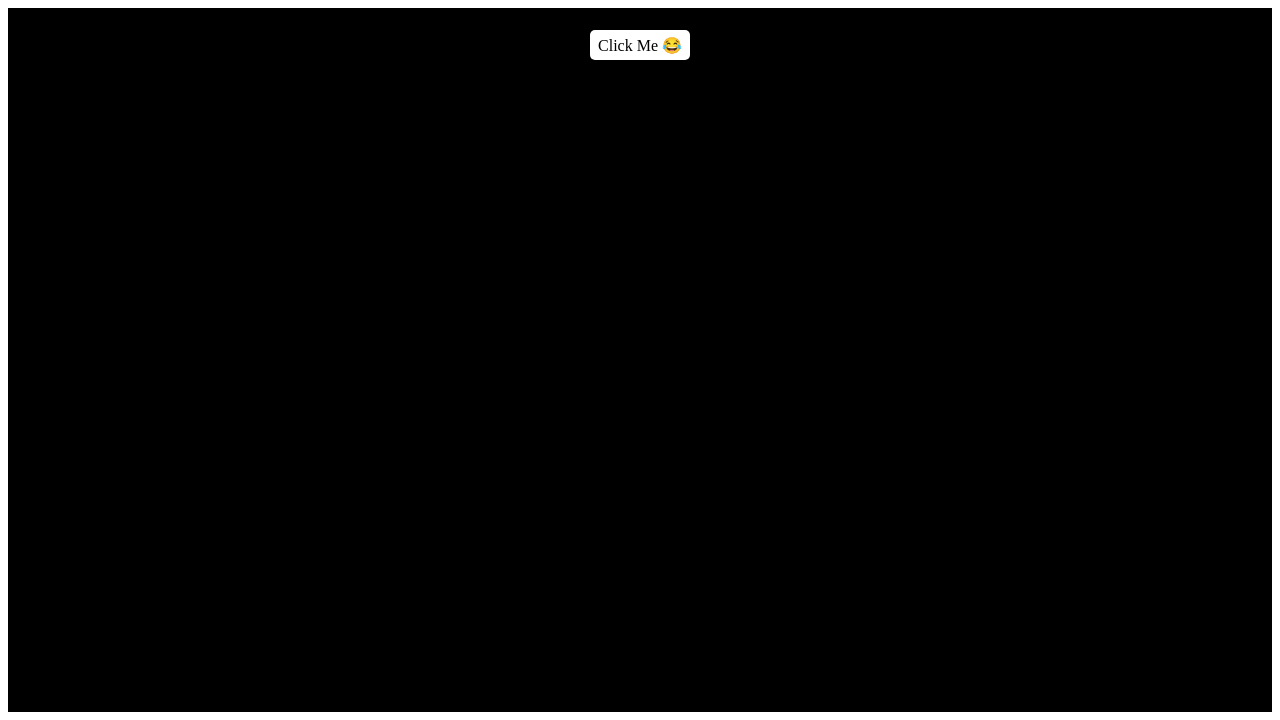
Repository: Sarah7223/internet-programming-tp
Page: TP2/TP02.2.html
These files come from the project's save history. The page is drawn as it stood at one moment and after the next save; the edit follows.
The browser window is 1280 px wide. The pictures show the whole page.

Above is the page before, as saved 2023-01-14 11:07:55.

After the next save:
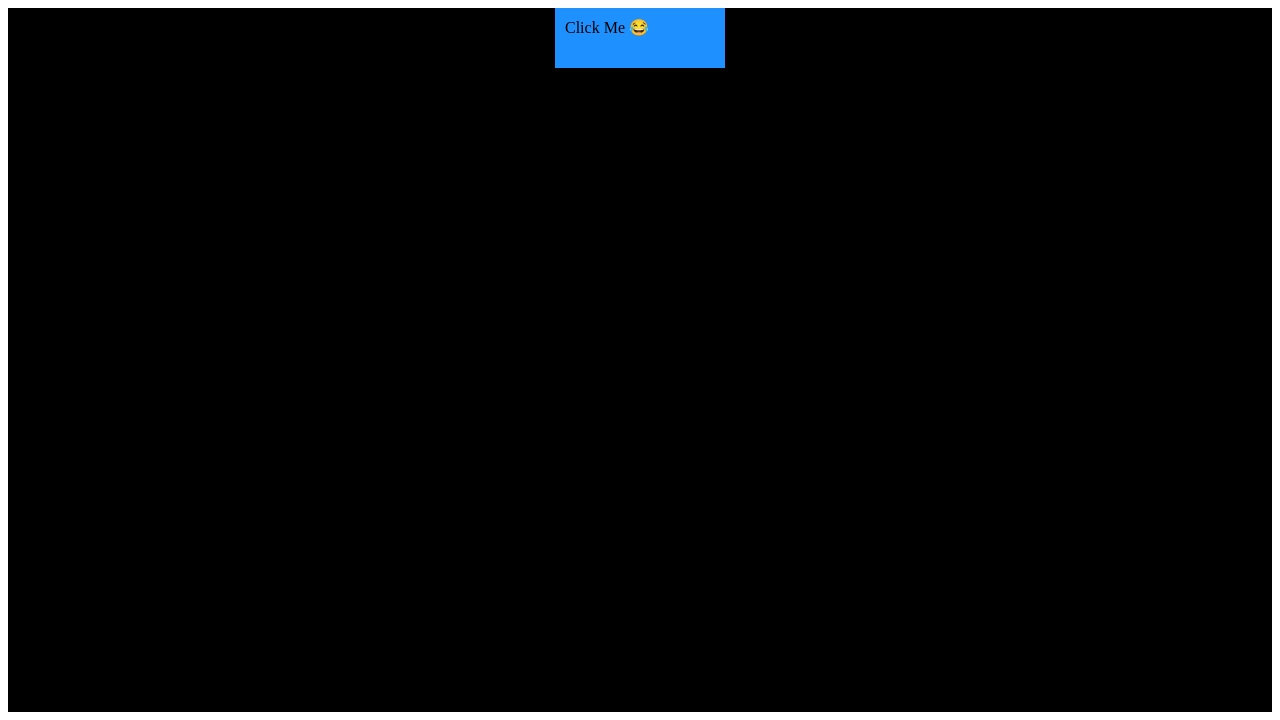
Saved 51 s later.
--- a/TP2/TP02.2.html
+++ b/TP2/TP02.2.html
@@ -13,6 +13,13 @@
         .button{
             position: absolute;
             transition: .5s;
+            background-color: dodgerblue;
+            padding: 10px;
+            height: 40px;
+            width: 150px;
+            /*
+            position: absolute;
+            transition: .5s;
             display: flex;
             height: 30px;
             width: 100px;
@@ -21,6 +28,7 @@
             justify-content: center;
             align-items: center;
             top:30px;
+            */
 
         }
     </style>
